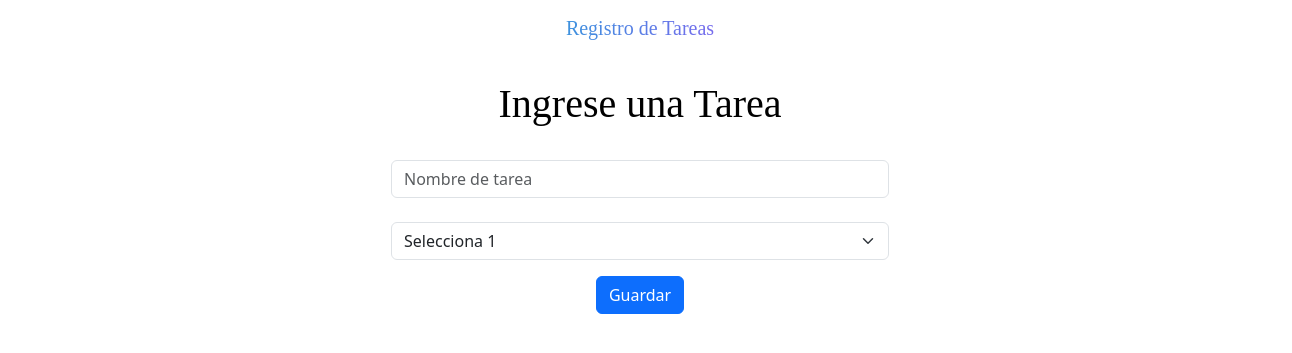
Repository: mgarrido0gb/registroTareas
Page: http://localhost/Tareas/Home
The author's editor kept a copy of each file at every save. The page is drawn from the files as they stood at one save, then again after the next save.
The browser window is 1280 px wide. The page is 1292 px wide, so the pictures cover 1292 px, including what lies to the right of the window. The pictures show the whole page.
Some web fonts or font styles are not loaded; a fallback is used. The page is served by Tomcat 10. Other server files are loaded and not shown. Queries for data that is not in the repository find no rows.

Above is the page before, as saved 2024-05-21 22:47:38.

### Tareas/src/main/webapp/WEB-INF/home.jsp
<%@page import="models.Categoria"%>
<%@page import="models.Tarea"%>
<%@ page language="java" contentType="text/html; charset=ISO-8859-1"
    pageEncoding="ISO-8859-1" import="java.util.ArrayList" import="models.Tarea" import="models.Categoria"%>
<!doctype html>
<html lang="en">
  <head>
    <meta charset="utf-8">
    <meta name="viewport" content="width=device-width, initial-scale=1">
    <title>Registro Tareas</title>
    <link href="https://cdn.jsdelivr.net/npm/bootstrap@5.3.3/dist/css/bootstrap.min.css" rel="stylesheet" integrity="sha384-QWTKZyjpPEjISv5WaRU9OFeRpok6YctnYmDr5pNlyT2bRjXh0JMhjY6hW+ALEwIH" crossorigin="anonymous">
    <link rel="preconnect" href="https://fonts.googleapis.com">
	<link rel="preconnect" href="https://fonts.gstatic.com" crossorigin>
	<link href="https://fonts.googleapis.com/css2?family=Kanit:ital,wght@0,100;0,200;0,300;0,400;0,500;0,600;0,700;0,800;0,900;1,100;1,200;1,300;1,400;1,500;1,600;1,700;1,800;1,900&family=Open+Sans:ital,wght@0,300..800;1,300..800&family=Roboto:ital,wght@0,100;0,300;0,400;0,500;0,700;0,900;1,100;1,300;1,400;1,500;1,700;1,900&display=swap" rel="stylesheet">
    <style type="text/css">
    	body{
    		background-color: white;
    		color: black;
    	}

    	li{
    		color: black;
    	}

    	#titulo ,h1{
    		font-family: "Kanit", static;
    	}

    	#titulo{
  			color: transparent;
    		background-image: linear-gradient(to left, #FFD700, #7B68EE, #3498db, #2ecc71, #FFD700);
    		background-clip: text;
    		animation: color 3s linear infinite;
    		background-size: 500%;

    	}

    	@keyframes color {
    		from {
       			 background-position: 0% 50%;
    		}

    		to {
        		background-position: 100% 50%;
    		}
		}






    </style>

  </head>
  <body>
  	<%
  		ArrayList<Categoria> cats = (ArrayList<Categoria>)request.getAttribute("cats");
  		ArrayList<Tarea> tareas = (ArrayList<Tarea>)request.getAttribute("tareas");

  	%>
  	<nav class="navbar navbar-expand-lg ">
    	<div class="container-fluid">
        	<a class="navbar-brand mx-auto " id="titulo" href="#">Registro de Tareas</a>
    	</div>
	</nav>

    <div class="container">
    	<div class="row justify-content-center">
        	<div class="col-12 col-md-9 col-lg-6">
            	<form action="/Tareas/Home" method="post">
                	<div class="p-4">
                    	<h1 class="text-center">Ingrese una Tarea</h1>
                    	<br>
                    	<div class="form-group">
                        	<input class="form-control" placeholder="Nombre de tarea" name="texto" type="text" required>
                    	</div>
                    	<br>
                    	<div class="col-12">
              				<select class="form-select" name="categoria_id" required>
                				<option selected value required>Selecciona 1</option>
                					<% for (Categoria c: cats) { %>
                						<option value="<%=c.id %>"><%=c.nombre %></option>
                					<% } %>
              				</select>
     					</div>
                    	<div class="text-center mt-3">
                        	<input type="submit" value="Guardar" class="btn btn-primary" onclick="mensaje()">
                    	</div>
                	</div>

            	</form>
        	</div>
    	</div>
	</div>






   <div class="row">
   		<div class="col-6 offset-3 d-block m-auto m-0 p-2 col-md-3">


    			<% for (Tarea t: tareas) { %>
    				<ul class="list-group text-center">
    					<li <% if (t.completada == true){ %>class="text-decoration-line-through text-danger"<% } %> class="list-group-item text-center">
    		 				<h5>Agregada el: <%=t.fecha %></h5>
    		 				<h6 class="text-center">(<%=t.texto%>)</h6>
    		 				<a href="/Tareas/CheckearTarea?id=<%=t.id%>"><img src="https://img.icons8.com/?size=48&id=sz8cPVwzLrMP&format=png" class="logotipo" onclick="check()" ></img></a>
    		 				<a href="/Tareas/GestionTarea?id=<%=t.id%>"><img src="https://img.icons8.com/?size=48&id=pre7LivdxKxJ&format=png" class="logotipo" onclick="eliminar()"></img></a>
    					</li>
    				<br>
    			<%}%>
    		</ul>

   		</div>
   </div>


   <script type="text/javascript">


   	function mensaje(){
   		alert("Tarea Agregada con éxito");
   	}

   	function eliminar(){
   		alert("Tarea eliminada con éxito");
   	}

   	function check(){
   		alert("Tarea Realizada con éxito");
   	}

   </script>
    <script src="https://cdn.jsdelivr.net/npm/bootstrap@5.3.3/dist/js/bootstrap.bundle.min.js" integrity="sha384-YvpcrYf0tY3lHB60NNkmXc5s9fDVZLESaAA55NDzOxhy9GkcIdslK1eN7N6jIeHz" crossorigin="anonymous"></script>
  </body>
</html>

### Tareas/src/main/java/servlets/Home.java
package servlets;

import jakarta.servlet.RequestDispatcher;
import jakarta.servlet.ServletException;
import jakarta.servlet.annotation.WebServlet;
import jakarta.servlet.http.HttpServlet;
import jakarta.servlet.http.HttpServletRequest;
import jakarta.servlet.http.HttpServletResponse;
import models.Categoria;
import models.Tarea;

import java.io.IOException;
import java.sql.SQLException;
import java.util.ArrayList;

import daos.CategoriaDao;
import daos.TareaDao;


/**
 * Servlet implementation class Home
 */
public class Home extends HttpServlet {
	private static final long serialVersionUID = 1L;

    /**
     * Default constructor.
     */
    public Home() {
        // TODO Auto-generated constructor stub
    }

	/**
	 * @throws IOException
	 * @throws ServletException
	 * @see HttpServlet#doGet(HttpServletRequest request, HttpServletResponse response)
	 */
	protected void doGet(HttpServletRequest request, HttpServletResponse response) throws ServletException, IOException  {
		// TODO Auto-generated method stub
		try {
			ArrayList<Tarea> tareas = TareaDao.getAll();
			System.out.println(tareas);
			request.setAttribute("tareas", tareas);

			ArrayList<Categoria> cats = CategoriaDao.getAll();
			request.setAttribute("cats", cats);
		} catch(SQLException e) {
			System.out.println(e);
		}


		// 2. Cargamos el JSP
		RequestDispatcher vista = request.getRequestDispatcher("WEB-INF/home.jsp");
		vista.forward(request, response);
	}

	/**
	 * @see HttpServlet#doPost(HttpServletRequest request, HttpServletResponse response)
	 */
	protected void doPost(HttpServletRequest request, HttpServletResponse response) throws ServletException, IOException {
		// TODO Auto-generated method stub
		String textoNuevaTarea = request.getParameter("texto");
		int categoria_id = Integer.parseInt(request.getParameter("categoria_id"));
		try {
			TareaDao.addNew(textoNuevaTarea,categoria_id);

		} catch (SQLException e) {
			// TODO Auto-generated catch block
			e.printStackTrace();
		}


		response.sendRedirect("/Tareas/Home");
	}

}

### Tareas/src/main/java/daos/TareaDao.java
package daos;

import java.sql.Connection;
import java.sql.PreparedStatement;
import java.sql.ResultSet;
import java.sql.SQLException;
import java.sql.Statement;
import java.util.ArrayList;

import models.Categoria;
import models.MyConn;
import models.Tarea;

public class TareaDao {

	static public void addNew(String textoNuevaTarea, int categoria_id) throws SQLException {
		//1.-  nueva conexion
		Connection conn = MyConn.getConnection();
		//2.- consulta
		PreparedStatement consulta =conn.prepareStatement("INSERT INTO TAREAS (texto,categoria_id) values(?,?)");
		consulta.setString(1, textoNuevaTarea);
		consulta.setInt(2, categoria_id);
		consulta.execute();
	}

	static public void deleteById (int idTarea) throws SQLException {
		// 1. Pedimos una conexion nueva
		Connection conn = MyConn.getConnection();
		// 2. Creamos la consulta
		PreparedStatement stmt = conn.prepareStatement(
			"delete from tareas where id=?"
		);
		stmt.setInt(1, idTarea);
		// 3. Ejecutar la stmt
		stmt.executeUpdate();
	  }

	static public void checkById (int idTarea) throws SQLException {
		// 1. Pedimos una conexion nueva
		Connection conn = MyConn.getConnection();
		// 2. Creamos la consulta
		PreparedStatement stmt = conn.prepareStatement(
			"update tareas set completada = true where id = ?"
		);
		stmt.setInt(1, idTarea);
		// 3. Ejecutar la stmt
		stmt.executeUpdate();
	  }





	static public ArrayList<String> get_textos () throws SQLException {
		// 1. Creamos un ArrayList vacío
		ArrayList<String> textos = new ArrayList<String>();
		// 2. Pedimos una conección nueva
		Connection conn = MyConn.getConnection();
		// 3. Creamos y ejecutamos la consulta
		Statement consulta = conn.createStatement();
		ResultSet respuesta = consulta.executeQuery("select * from tareas ");

		// 4. Vamos llenando el ArrayList con lo que tenga la respuesta
		while (respuesta.next()) {
		  textos.add( respuesta.getString("texto") );
		}
		// 5. Retornamos el ArrayList, ahora lleno
		return textos;
	  }



	static public ArrayList<Tarea> getAll () throws SQLException {
		// 1. Creamos un ArrayList vacío
		ArrayList<Tarea> tareas = new ArrayList<Tarea>();
		// 2. Pedimos una conección nueva
		Connection conn = MyConn.getConnection();
		// 3. Creamos y ejecutamos la consulta
		Statement consulta = conn.createStatement();
		ResultSet respuesta = consulta.executeQuery("select * from tareas");

		// 4. Vamos llenando el ArrayList con lo que tenga la respuesta
		while (respuesta.next()) {
			Tarea t = new Tarea(
					respuesta.getInt("id"),
					respuesta.getString("texto"),
					respuesta.getBoolean("completada"),
					respuesta.getDate("fecha")


			);
		  tareas.add(t);
		}
		return tareas;
	  }
}

### Tareas/src/main/java/models/MyConn.java
package models;

import java.sql.Connection;
import java.sql.DriverManager;
import java.sql.SQLException;

public class MyConn {
	static final String URL = "jdbc:postgresql://localhost/ejemplo_dao";
	static final String USER = "postgres";
	static final String PASSWORD = "12345";
	static final String DRIVER = "org.postgresql.Driver";

	static public Connection conn = null;

    static public Connection getConnection () {
      if (conn != null) {
        return conn;
      }
      try {
    	Class.forName(DRIVER);
    	conn = (Connection) DriverManager.getConnection(URL, USER, PASSWORD);
      }
      catch (ClassNotFoundException | SQLException e) {
    	e.printStackTrace();
      }
      return conn;
    }
}

### Tareas/src/main/java/daos/CategoriaDao.java
package daos;

import java.sql.Connection;
import java.sql.ResultSet;
import java.sql.SQLException;
import java.sql.Statement;
import java.util.ArrayList;

import models.Categoria;
import models.MyConn;


public class CategoriaDao {
	static public ArrayList<Categoria> getAll () throws SQLException {
		// 1. Creamos un ArrayList vacío
				ArrayList<Categoria> categorias = new ArrayList<Categoria>();
				// 2. Pedimos una conección nueva
				Connection conn = MyConn.getConnection();
				// 3. Creamos y ejecutamos la consulta
				Statement consulta = conn.createStatement();
				ResultSet respuesta = consulta.executeQuery("select * from categorias order by id");

				// 4. Vamos llenando el ArrayList con lo que tenga la respuesta
				while (respuesta.next()) {
				  Categoria t = new Categoria(
					respuesta.getInt("id"),
					respuesta.getString("nombre")
				  );
				  categorias.add( t );
				}
			  // 5. Retornamos el ArrayList, ahora lleno
			  return categorias;
}}

After the next save:
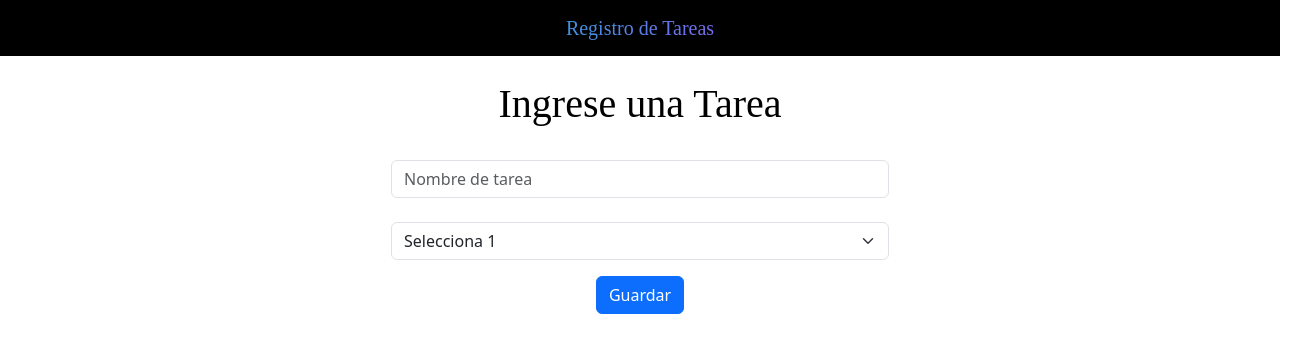
Saved 13 s later.
--- a/Tareas/src/main/webapp/WEB-INF/home.jsp
+++ b/Tareas/src/main/webapp/WEB-INF/home.jsp
@@ -59,7 +59,7 @@
   		ArrayList<Tarea> tareas = (ArrayList<Tarea>)request.getAttribute("tareas");
 
   	%>
-  	<nav class="navbar navbar-expand-lg ">
+  	<nav class="navbar navbar-expand-lg bg-black">
     	<div class="container-fluid">
         	<a class="navbar-brand mx-auto " id="titulo" href="#">Registro de Tareas</a>
     	</div>
